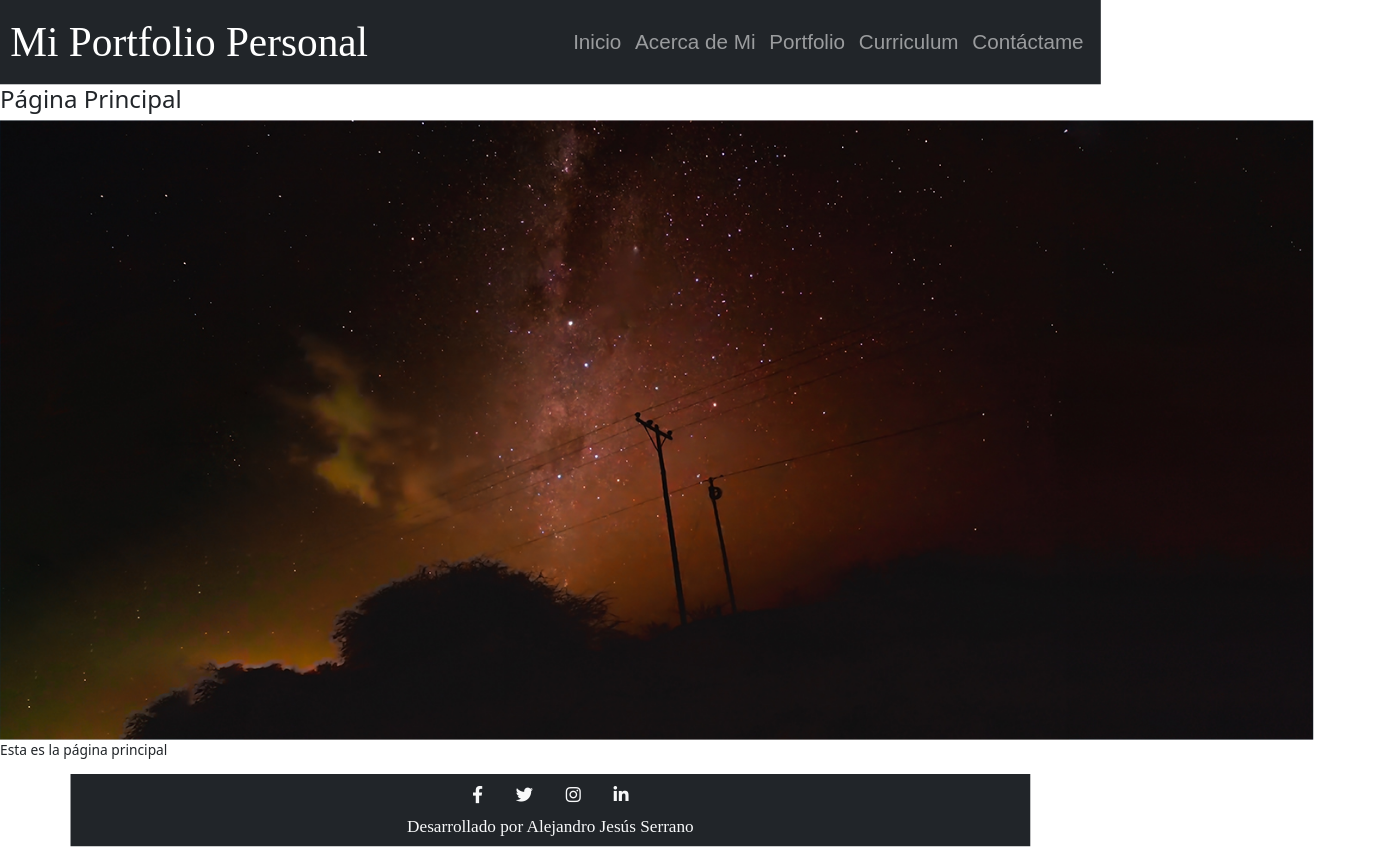
Repository: AlejandroJesusSerrano/portfolio
Page: portfolio/core/templates/core/home.html
These files come from the project's save history. The page is drawn as it stood at one moment and after the next save; the edit follows.
The browser window is 1280 px wide. The page is 1527 px wide, then 1609 px, so the pictures cover 1609 px, including what lies to the right of the window. The pictures show the whole page, at 86% of full size.
Some web fonts or font styles are not loaded; a fallback is used. The template is drawn by Django 4.2. The application's start-up code is not run. The template is opened directly, without the code that normally fills it, so the values that code supplies are empty.

Above is the page before, as saved 2023-09-06 08:38:15.

After the next save:
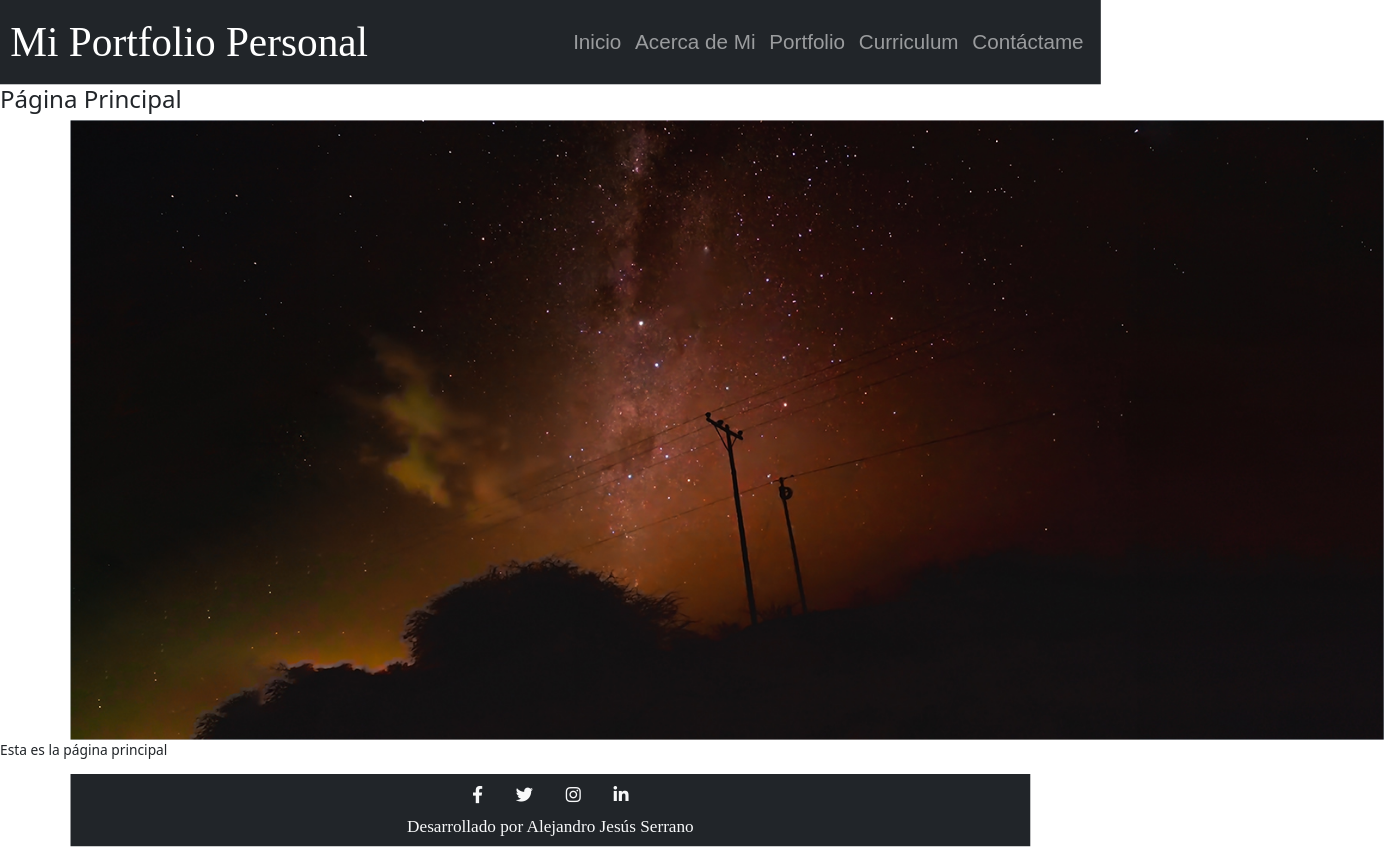
Saved 36 s later.
--- a/portfolio/core/templates/core/home.html
+++ b/portfolio/core/templates/core/home.html
@@ -5,8 +5,8 @@
 
 {% block content %}
 <h3>Página Principal</h3>
-
-<img src={% static 'img/sancarlos_noche_web.jpg' %} alt="">
-
+<div class="container w-100">
+  <img src={% static 'img/sancarlos_noche_web.jpg' %} alt="">
+</div>
 <p>Esta es la página principal</p>
 {% endblock content %}
